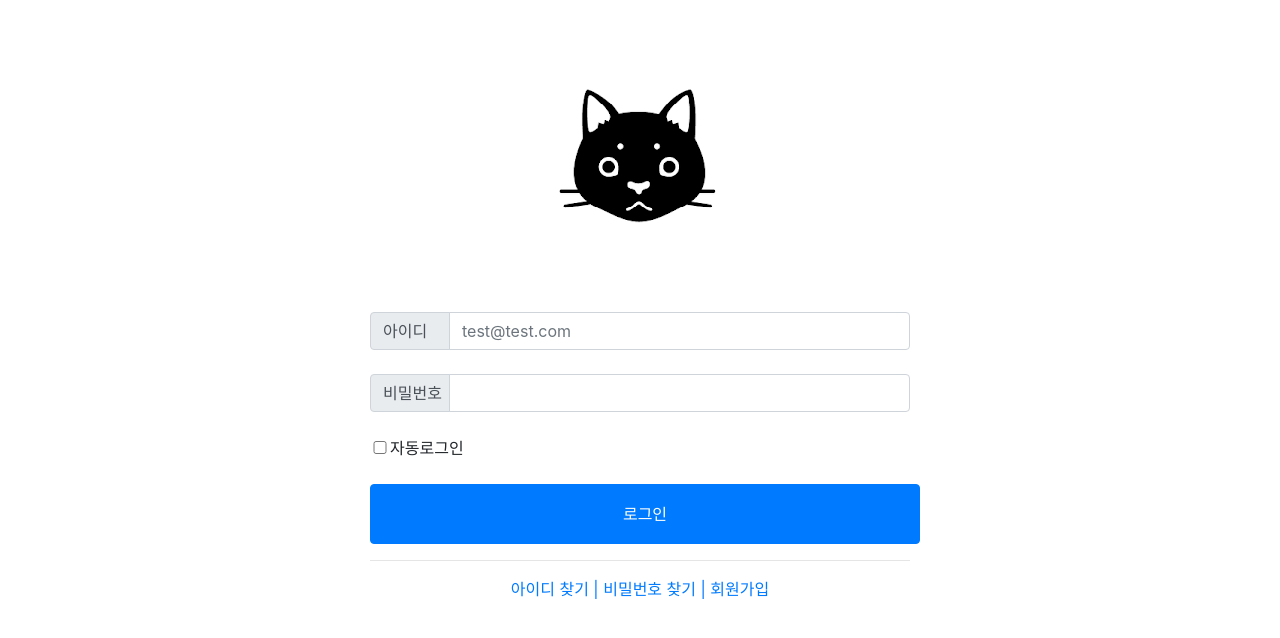
Repository: 0deepsleep/SpringMVCStudy
Page: http://localhost/TestProject/Login.jsp
These files come from the project's save history. The page is drawn as it stood at one moment and after the next save; the edit follows.
The browser window is 1280 px wide. The pictures show the whole page.
The page is served by Tomcat 9.

Above is the page before, as saved 2019-06-14 09:47:24.

After the next save:
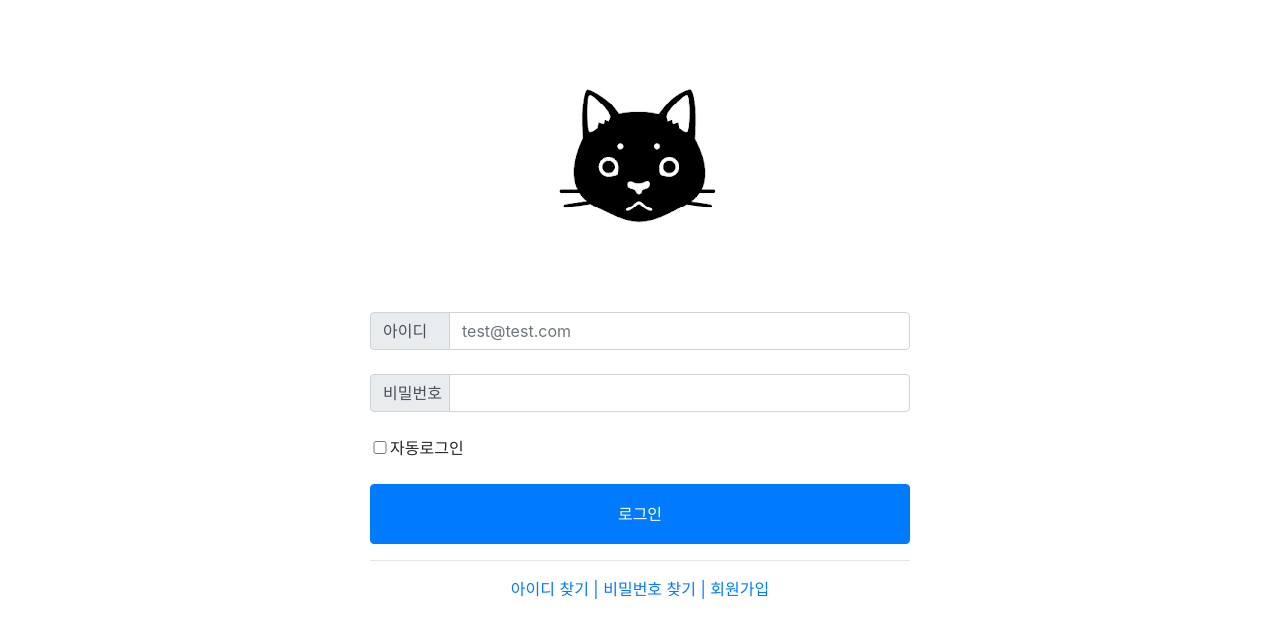
Saved 9 s later.
--- a/TestProject/WebContent/Login.jsp
+++ b/TestProject/WebContent/Login.jsp
@@ -18,7 +18,7 @@
 
 	.btn
 	{
-		width: 550px;
+		width: 540px;
 		height: 60px
 	}
 
